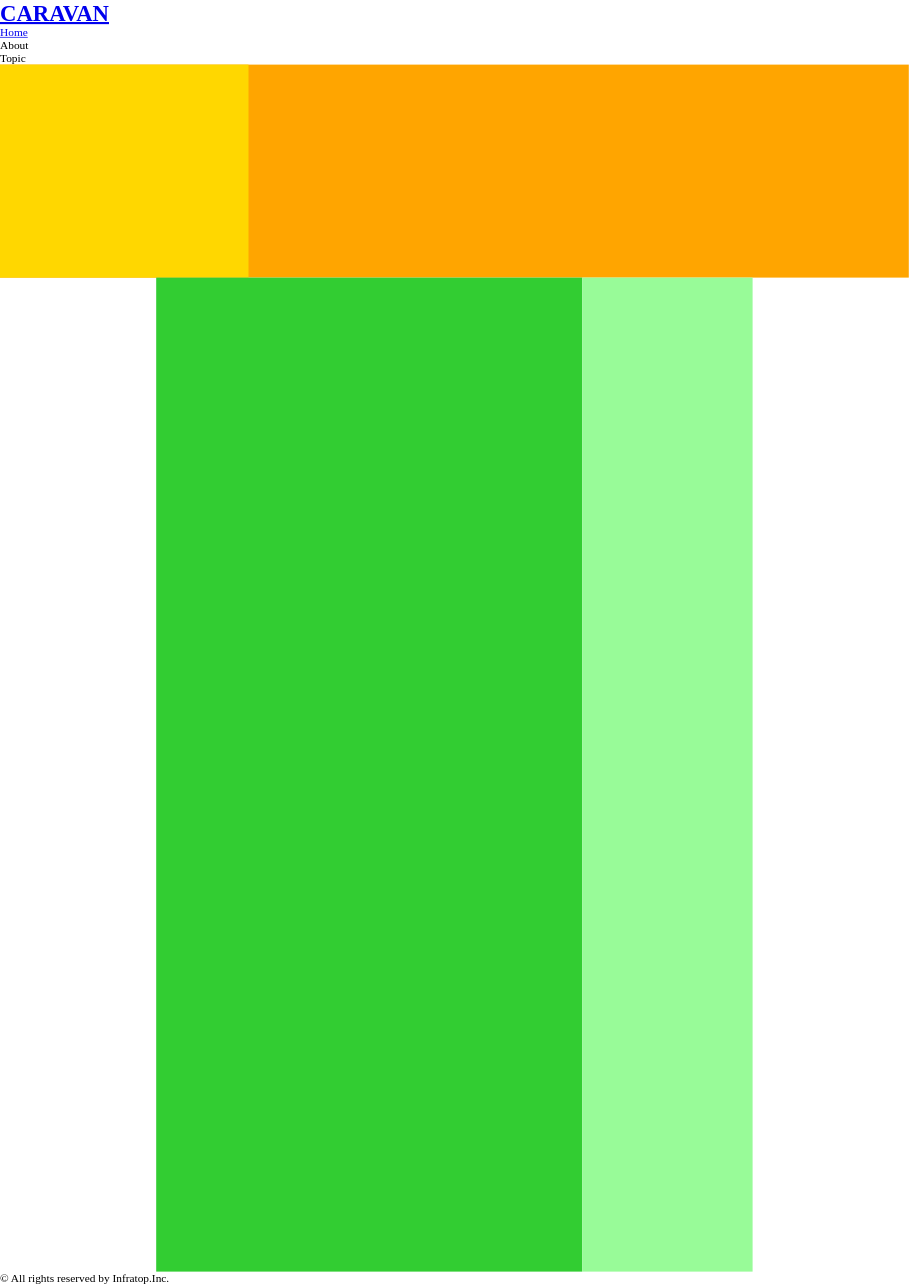
Repository: Nao002/practice
Page: caravan/index.html
The author's editor kept a record of every edit. The page is drawn from the files as they stood at one moment, then again after the next edit.
The browser window is 1280 px wide. The pictures show the whole page, at 71% of full size.

Above is the page before.

After the next edit:
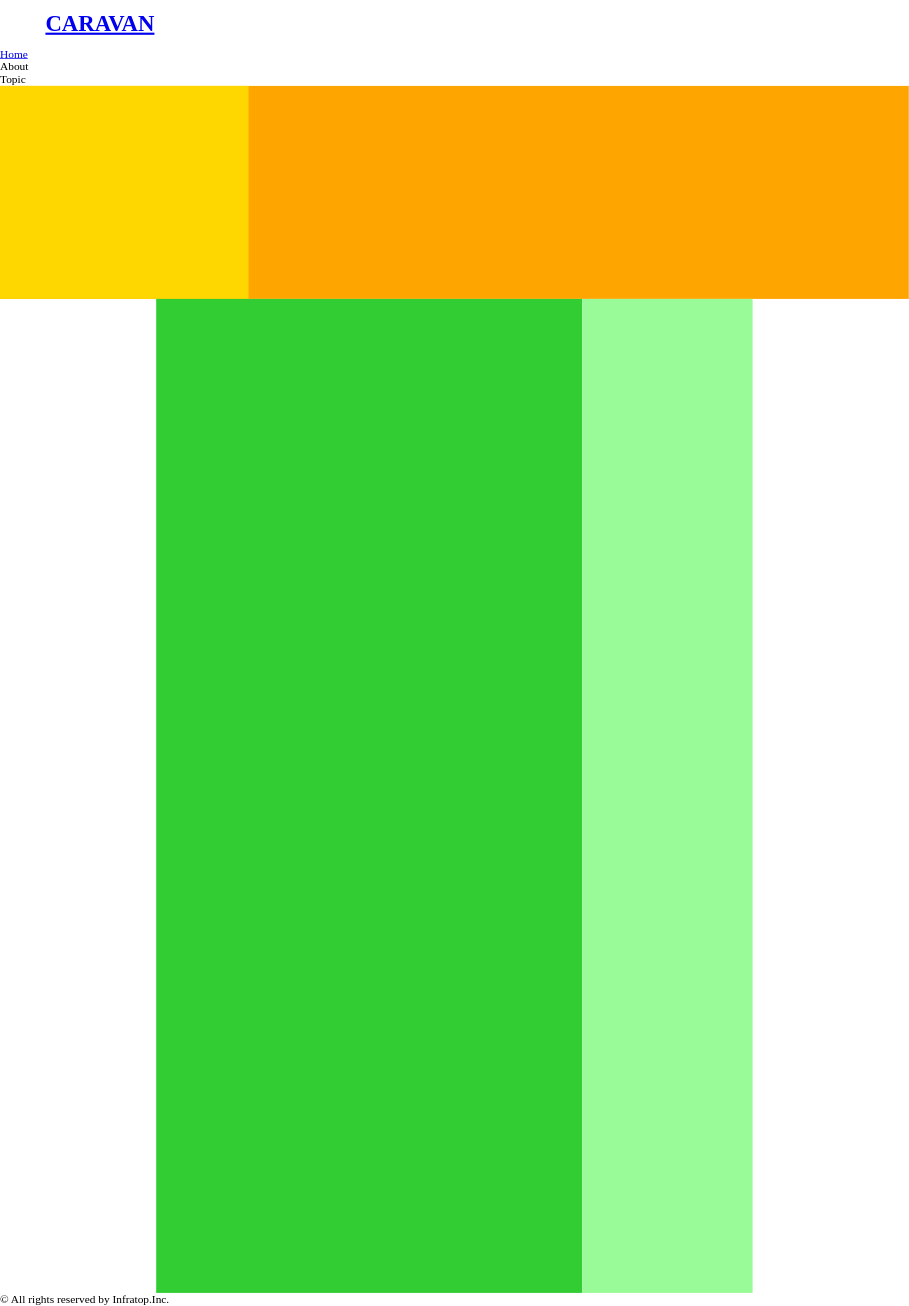
The edit:
--- a/caravan/style.css
+++ b/caravan/style.css
@@ -4,6 +4,13 @@
   padding: 0;
   box-sizing: border-box;
 }
+
+header {
+  width: 90%;
+  padding: 15px 0;
+  margin: 0 auto;
+}
+
 
 .main-visual {
   width: 100%; /* 横幅いっぱい */
